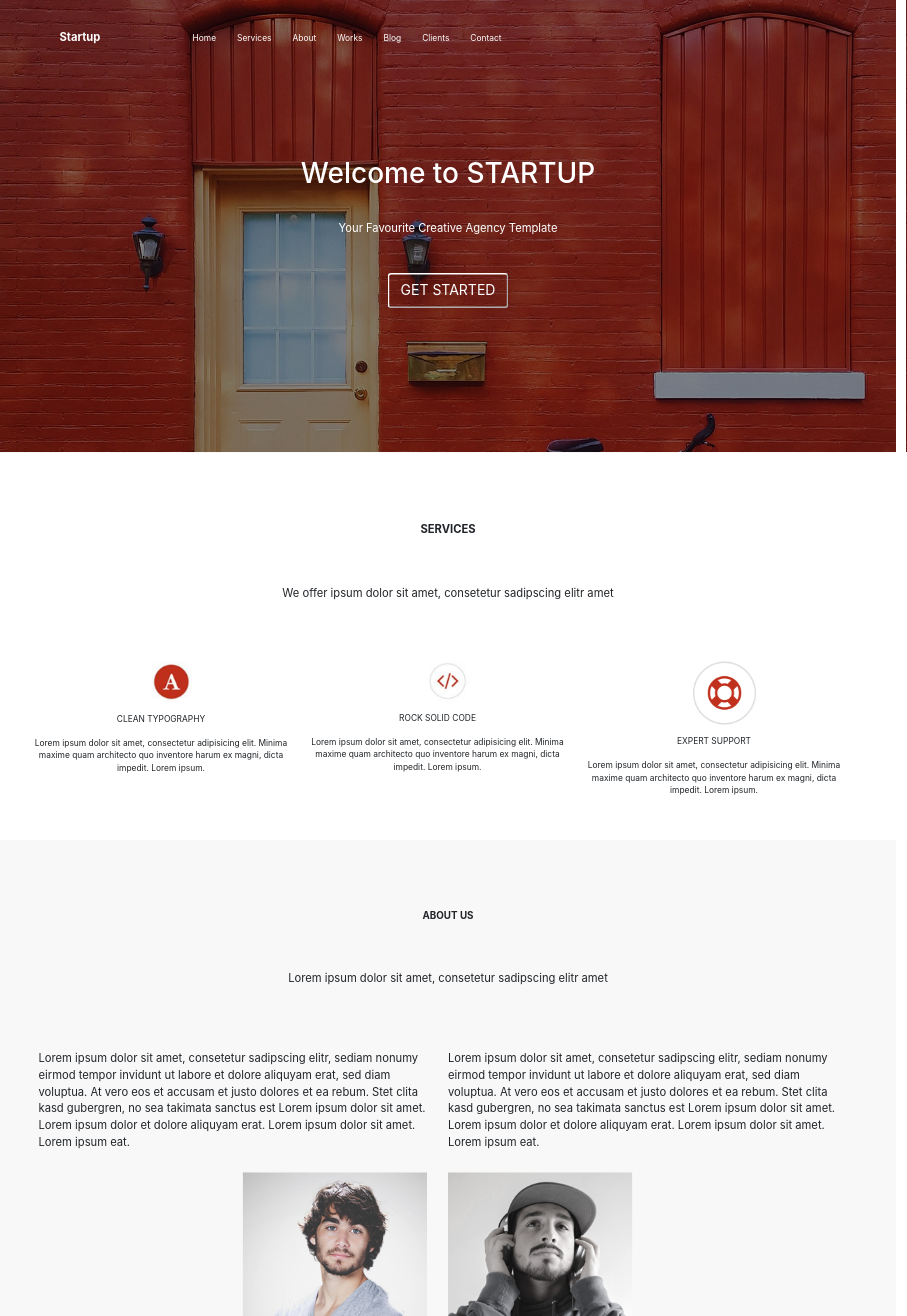
Repository: ivankovaa/HelloWorld
Page: lab5/index.html
The author's editor kept a record of every edit. The page is drawn from the files as they stood at one moment, then again after the next edit.
The browser window is 1280 px wide. The page is 1295 px wide, so the pictures cover 1295 px, including what lies to the right of the window. The pictures show the part of the page from y = 0 to 1880 px (the page is 3835 px tall before and 3837 px after), at 70% of full size.

Above is the page before.

### lab5/index.html
<!DOCTYPE html>
<html lang="uk">

<head>

  <meta charset="utf-8">

  <title>Start up</title>

  <link href="bootstrap.min.css" rel="stylesheet">
  <link href="https://fonts.googleapis.com/css?family=Montserrat:400,700&display=swap" rel="stylesheet">

  <link href="style.css" rel="stylesheet">

</head>
<body>
  <header class = "head">
    <div class = "container">
    <div class = "row">
        <div class = "col-lg-2">
            <p class = "startup">Startup</p>
        </div>
        <div class = "col-lg-6">
            <nav>
                <ul class = "menu d-flex justify-content-right">
                    <li class = "menu_item">
                        <a href = "">Home</a>
                    </li>
                    <li class = "menu_item">
                        <a href = "">Services</a>
                    </li>
                    <li class = "menu_item">
                        <a href = "">About</a>
                    </li>
                    <li class = "menu_item">
                        <a href = "">Works</a>
                    </li>
                    <li class = "menu_item">
                        <a href = "">Blog</a>
                    </li>
                    <li class = "menu_item">
                        <a href = "">Clients</a>
                    </li>
                    <li class = "menu_item">
                        <a href = "">Contact</a>
                    </li>
                </ul>

            </nav>
        </div>
    </div>
    <div class = "row">
        <div class = "col-lg-12">
            <h1 class = "welcome d-flex justify-content-center">Welcome to STARTUP</h1>
        </div>
    </div>
    <div class = "row">
        <div class = "col-lg-12">
            <p class = "favourite">Your Favourite Creative Agency Template</p>
        </div>
    </div>
    <div class = "row">
        <div class = "col-lg-12">
            <button type = "submit" id="tr-property" class = "start btn-default btn-lg d-block">GET STARTED</button>
        </div>
    </div>
    </div>
  </header>
  <section class = "services">
      <div class = "row">
        <div class = "col-lg-12">
            <h2 class = "service">SERVICES</h2>
        </div>
    </div>
    <div class = "row">
        <div class = "col-lg-12">
            <p class = "servicestext">We offer ipsum dolor sit amet, consetetur sadipscing elitr amet</p>
        </div>
    </div>
    <div class = "row">
        <div class = "col-lg-12">
            <ul class = "serv d-flex justify-content-center">
                    <li class = "services_item">
                        <img class="services_img" src="FAicon1.png" alt="icon"/>
                        <p class="name">CLEAN TYPOGRAPHY</p>
                        <p class ="aftername">Lorem ipsum dolor sit amet, consectetur adipisicing elit. Minima maxime quam architecto quo inventore harum ex magni, dicta impedit. Lorem ipsum.</p>
                    </li>
                    <li class = "services_item">
                        <img  class="services_img" src="FAicon2.png" alt="icon"/>
                        <p class="name">ROCK SOLID CODE</p>
                        <p class ="aftername">Lorem ipsum dolor sit amet, consectetur adipisicing elit. Minima maxime quam architecto quo inventore harum ex magni, dicta impedit. Lorem ipsum.</p>
                    </li>
                    <li class = "services_item">
                        <img class="services_img" src="img/FAicon3.png" alt="icon"/>
                        <p class="name">EXPERT SUPPORT</p>
                        <p class ="aftername">Lorem ipsum dolor sit amet, consectetur adipisicing elit. Minima maxime quam architecto quo inventore harum ex magni, dicta impedit. Lorem ipsum.</p>
                    </li>
                    </ul>
        </div>
    </div>
  </section>
  <section class = "about_us">
      <div class = "row">
        <div class = "col-lg-12">
            <h3 class = "aboutus">ABOUT US</h3>
        </div>
    </div>
    <div class = "row">
        <div class = "col-lg-12">
            <p class = "aboutus_text">Lorem ipsum dolor sit amet, consetetur sadipscing elitr amet</p>
        </div>
    </div>
    <div class = "row">
        <div class = "col-lg-12">
            <ul class = "about d-flex justify-content-center">
                    <li class = "aboutus_item">
                        <p>Lorem ipsum dolor sit amet, consetetur sadipscing elitr, sediam nonumy eirmod tempor invidunt ut labore et dolore aliquyam erat, sed diam voluptua. At vero eos et accusam et justo dolores et ea rebum. Stet clita kasd gubergren, no sea takimata sanctus est Lorem ipsum dolor sit amet. Lorem ipsum dolor et dolore aliquyam erat. Lorem ipsum dolor sit amet. Lorem ipsum eat.</p>
                    </li>
                    <li class = "aboutus_item">
                        <p>Lorem ipsum dolor sit amet, consetetur sadipscing elitr, sediam nonumy eirmod tempor invidunt ut labore et dolore aliquyam erat, sed diam voluptua. At vero eos et accusam et justo dolores et ea rebum. Stet clita kasd gubergren, no sea takimata sanctus est Lorem ipsum dolor sit amet. Lorem ipsum dolor et dolore aliquyam erat. Lorem ipsum dolor sit amet. Lorem ipsum eat.</p>
                    </li>
                    </ul>
        </div>
    </div>
    <div class = "row">
        <div class = "col-lg-12">
            <ul class = "team d-flex justify-content-center">
                    <li class = "team_item">
                        <img class="team_img" alt="Team" src="img/TeamPic3.png"/>
                        <p class="name">Shamim Mia</p>
                        <p>Sr.Web Developer</p>
                    </li>
                    <li class = "team_item">
                        <img class="team_img" alt="Team" src="img/TeamPic4.png"/>
                        <p class="name">John Doe</p>
                        <p>Front-end Developer</p>
                    </li>
                    </ul>
        </div>
    </div>
  </section>
  <section class = "works">
      <div class = "row">
        <div class = "col-lg-12">
            <h4 class = "work">Latest Works</h4>
        </div>
    </div>
    <div class = "row">
        <div class = "col-lg-12">
            <ul class = "latest d-flex justify-content-center">
                    <li class = "work_item">
                        <a href = "">All</a>
                    </li>
                    <li class = "work_item">
                        <a href = "">Branding</a>
                    </li>
                    <li class = "work_item">
                        <a href = "">Design</a>
                    </li>
                    <li class = "work_item">
                        <a href = "">Development</a>
                    </li>
                    <li class = "work_item">
                        <a href = "">Strategy</a>
                    </li>
                    </ul>
        </div>
    </div>
    <div class = "row">
        <div class = "col-lg-12">
            <div class = "pictures"></div>
            <ul class = "latestworks1 d-flex justify-content-center">
                    <li>
                        <img class = "work_img" alt="work" src = "img/work1.png"/>
                    </li>
                    <li>
                        <img class = "work_img" alt="work" src = "img/work2.png"/>
                    </li>
                    <li>
                        <img class = "work_img" alt="work" src = "img/work3.png"/>
                    </li>
            </ul>
            <ul class = "latestworks2 d-flex justify-content-center">
                    <li class = "work_img">
                        <img alt="work" src = "img/work4.png"/>
                    </li>
                    <li class = "work_img">
                        <img alt="work" src = "img/work5.png"/>
                    </li>
                    <li class = "work_img">
                        <img alt="work" src = "img/work6.png"/>
                    </li>
            </ul>
            <ul class = "latestworks3 d-flex justify-content-center">
                    <li class = "work_img">
                        <img alt="work" src = "img/work7.png"/>
                    </li>
                    <li class = "work_img">
                        <img alt="work" src = "img/work8.png"/>
                    </li>
                    <li class = "work_img">
                        <img alt="work" src = "img/work9.png"/>
                    </li>
            </ul>
        </div>
    </div>
  </section>
  <footer class = "like">
        <div class = "row">
         <div class = "col-lg-12">
            <p class = "do">Do you like OUR WORK so far?</p>
            <p class = "lets">Let's talk about YOUR PROJECT!</p>
            <button type = "submit" class = "touch btn-default btn-lg d-block">GET IN TOUCH</button>
        </div>
    </div>
  </footer>
</body>
</html>

### lab5/style.css
ul, li {
    display: inline-block;
    padding: 0;
    margin: 0;
}

h2, h3, h4 {
    font-size: 14px;
    text-transform: uppercase;
    text-align: center;
    padding-top: 100px;
    font-weight: bold;
}

.h1 {
    text-align: center;
    text-transform: uppercase;
    font-size: 40px;
}

.head {
    background-image: url('img/HomeBackground.png');
    background-size: cover;
    max-height: 100%;
    color: white;
}

.service {
    background-color: white;
}

.about_us{
    background-color: #f8f8f8;
}

.menu {
    padding-top: 40px;

    margin-bottom: 160px;
}

.menu_item a {
    color: white;
}

.startup {
    padding-top: 40px;
    font-weight: bold;
}

.menu_item {
    margin-right: 30px;
}

.menu_item a {
    font-size: 12px;
}

.favourite {
    margin-top: 34px;
    text-align: center;
    font-size: 16px;
}

.start {
    margin-top: 36px;
    margin-left: auto;
    margin-right: auto;
    margin-bottom: 206px;
    background: transparent;
    color: white;
    border-color: white;
}

.start btn {
    max-height: 150px;
    max-width: 100px;
    text-align: center;
    font-size: 16px;
}

.service {
    padding-top: 100px;
    text-transform: uppercase;
    text-align: center;
    font-size: 16px;
}

.servicestext {
    margin-top: 62px;
    text-align: center;
    font-size: 16px;
}

.rock {
    margin-top: 190px;
    margin-left: 504px;
    text-transform: uppercase;
}

.services_item {
    text-align: center;
    align-items: center;
    display: inline-block;
}

.services_img {
    padding-top: 70px;
}

.servicestext {
    font-size: 16px;
}
.services_item a {
    text-transform: uppercase;
    font-size: 12px;
}

.services_item name {
    margin-top: 30px;
}

.services_item p {
    font-size: 12px;
    margin-right: 30px;
    max-height: 63px;
    max-width: 365px;
}

.aftername {
    padding-bottom: 100px;
}

.aboutus_text {
    text-align: center;
    font-size: 16px;
    padding-top: 60px;
}

.aboutus_item {
    margin-right: 30px;
    max-height: 100px;
    max-width: 555px;
    padding-top: 74px;
}

.name {
    text-transform: uppercase;
    font-size: 12px;
    margin-top: 15px;
}

.team_item {
    padding-top: 75px;
    padding-bottom: 100px;
}

.team_item p {
    font-size: 12px;
    margin-top: 10px;
}

.team_img {
    margin-top: 75px;
    max-height: 270px;
    max-width: 270px;
    margin-right: 30px;
}

.work {
    padding-top: 100px;
}

.work_item {
    font-size: 12px;
    margin-right: 30px;
    margin-top: 60px;
}

.latestworks1 {
    margin-top: 70px;
}

.latestworks3 {
    padding-bottom: 100px;
}

.work_img {
    max-width: 365px;
    max-height: 350px;
    display: inline-block;
    margin-right: 30px;
    margin-bottom: 30px;
}

.do {
    text-align: center;
    font-size: 30px;
    padding-top: 70px;
    margin-bottom: 0;
    color: white;
}

.lets {
    text-align: center;
    font-size: 30px;
    color: white;
}

.touch {
    margin-top: 24px;
    margin-left: auto;
    margin-right: auto;
    margin-bottom: 75px;
    background: transparent;
    color: white;
    border-color: white;
}

.touch btn {
    max-height: 150px;
    max-width: 100px;
    text-align: center;
    font-size: 16px;
}

.like {
    background-image: url('img/lets-talk.png');
    background-size: cover;
    max-height: 100%;
}

#tr-property3 {
 background-color: #91bbfc;
 border: 3px solid #0582f1;
 transition-property: all;
 transition-duration: .8s
}
#tr-property:hover {
 background-color: #fad069;
 border-width: 6px;
 border-color: #742d2d;
 border-radius: 10px;
}

Loaded but not shown: lab5/bootstrap.min.css (library)

After the next edit:
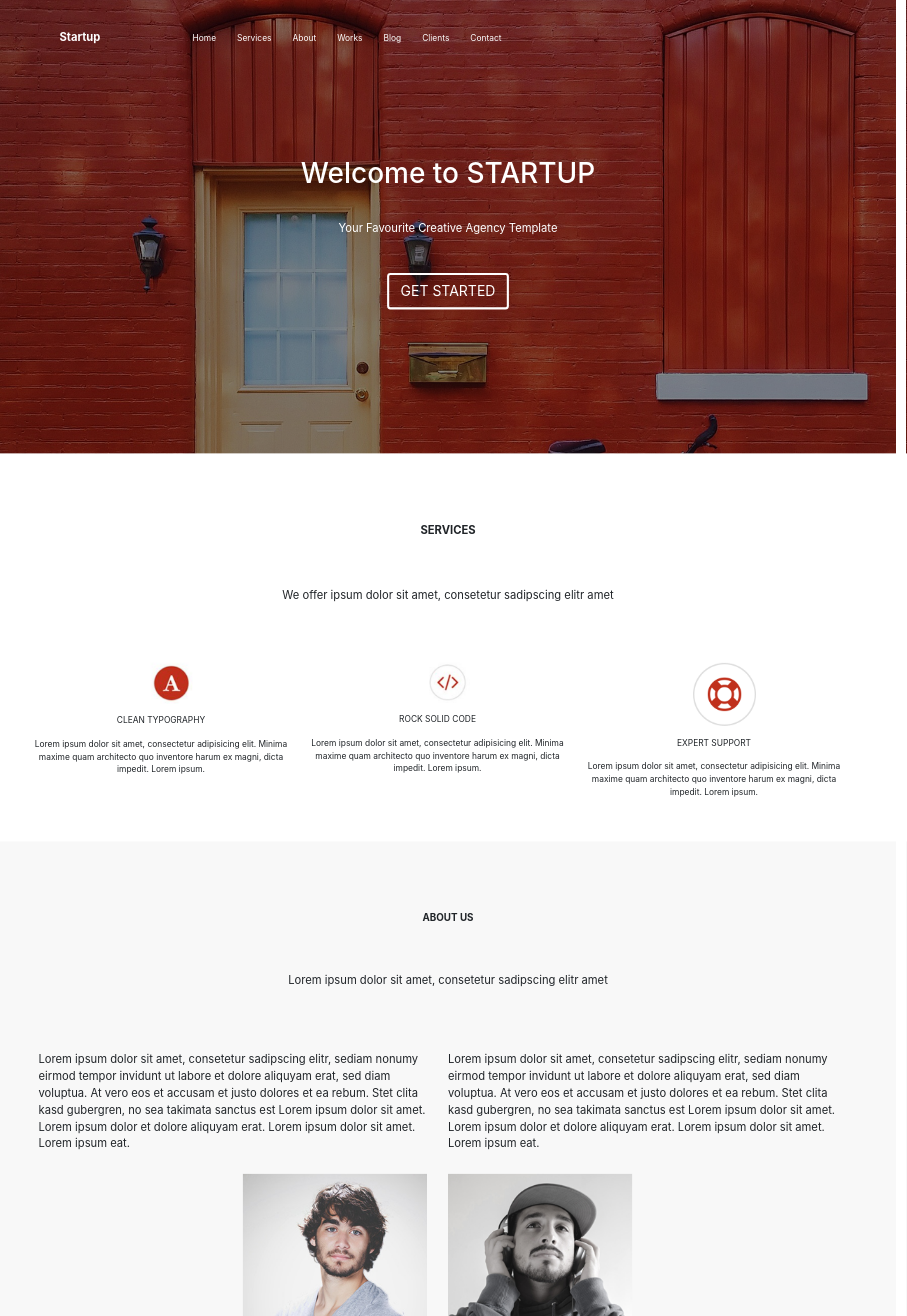
The edit:
--- a/lab5/style.css
+++ b/lab5/style.css
@@ -230,9 +230,9 @@
     max-height: 100%;
 }
 
-#tr-property3 {
- background-color: #91bbfc;
- border: 3px solid #0582f1;
+#tr-property {
+ background-color: transparent;
+ border: 3px solid white;
  transition-property: all;
  transition-duration: .8s
 }
